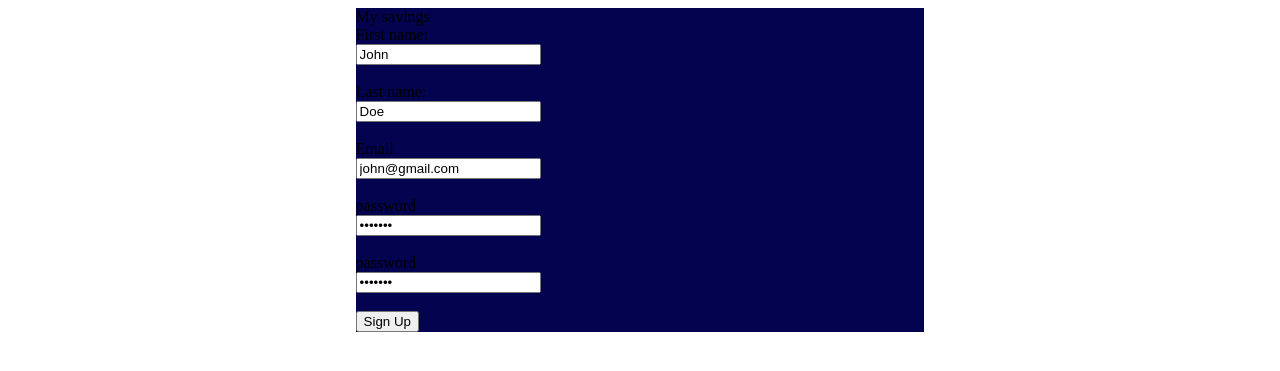
Repository: reemoon-ctrl/hotel-website
Page: mine-form_styling_start.html
The author's editor kept a copy of each file at every save. The page is drawn from the files as they stood at one save, then again after a run of saves.
The browser window is 1280 px wide. The pictures show the whole page.

Above is the page before, as saved 2024-07-20 13:45:39.

### mine-form_styling_start.html
<!DOCTYPE html>
<html lang="en">
<head>
    <meta charset="UTF-8">
    <meta name="viewport" content="width=device-width, initial-scale=1.0">
    <title>Document</title>
<style>
    .form{
        color
    }
    .container{
        margin: auto;
        background: rgb(3, 3, 79);
        width: 45%;

    }
</style>
</head>

<body>
    <div class="container">
    <form class="form" action="/action_page.php">
        <caption style="text-align:right">My savings</caption><br>
        <label for="fname">First name:</label><br>
        <input type="text" id="fname" name="fname" value="John"><br><br>
        <label for="lname">Last name:</label><br>
        <input type="text" id="lname" name="lname" value="Doe"><br><br>
        <label for="Email ">Email</label><br>
        <input type="text" id="email" name="Email" value="john@gmail.com"><br><br>
        <label for="password">password</label><br>
        <input type="password" id="password" name="password" value="fffffff"><br><br>
        <label for="password">password</label><br>
        <input type="password" id="confirm password" name="confirm password" value="fffffff"><br><br>


        <input type="submit" value="Sign Up">
      </form>
    </div>
</body>
</html>

After the next 3 saves:
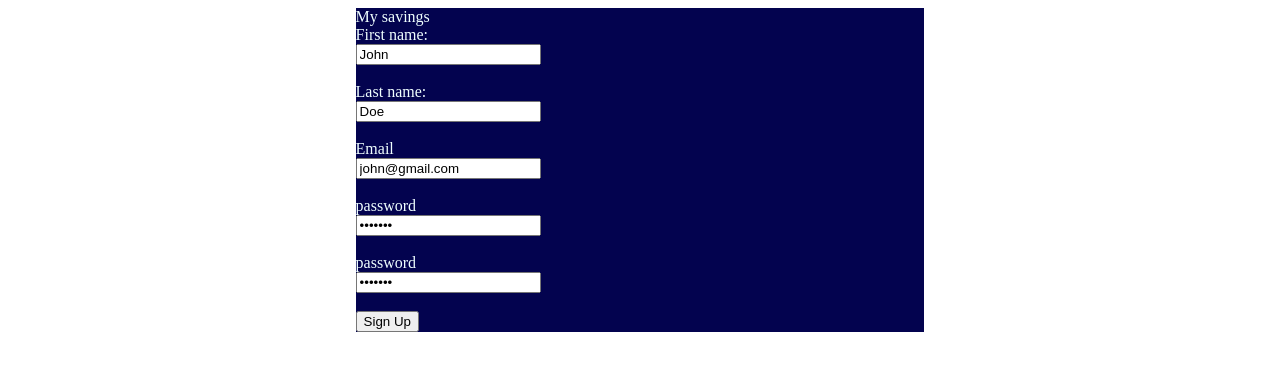
The 3 saves are shown as one change because they came seconds apart.
The last was saved 11 s later.
--- a/mine-form_styling_start.html
+++ b/mine-form_styling_start.html
@@ -6,7 +6,7 @@
     <title>Document</title>
 <style>
     .form{
-        color
+        color:azure;
     }
     .container{
         margin: auto;
